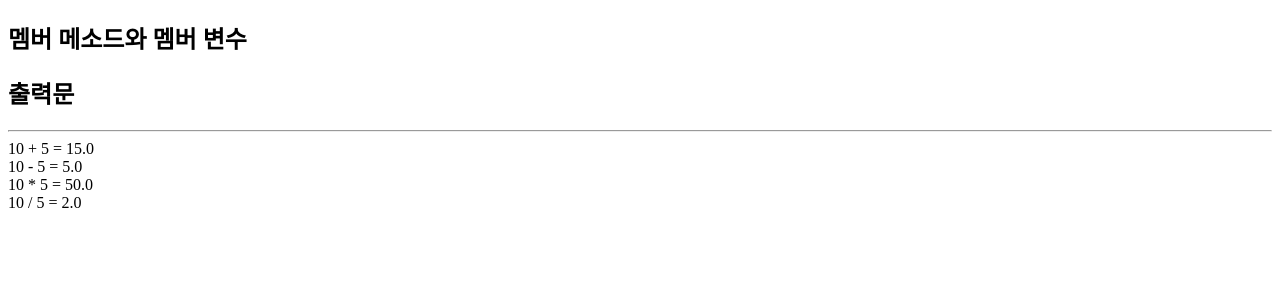
Repository: kkj68106810-dot/jsp2026
Page: http://localhost/chapter01/test04.jsp
The author's editor kept a copy of each file at every save. The page is drawn from the files as they stood at one save, then again after the next save.
The browser window is 1280 px wide. The pictures show the whole page.
The page is served by Tomcat 9.

Above is the page before, as saved 2026-10-16 03:04:52.

### chapter01/src/main/webapp/test04.jsp
<%@ page language="java" contentType="text/html; charset=UTF-8"
    pageEncoding="UTF-8" import="java.util.*" %>
<!DOCTYPE html>
<html>
<head>
<meta charset="UTF-8">
<title>Insert title here</title>
</head>
<body>
	<!--  선언문 작성하는 방법 -->
	<!-- 선언문을 통해 작성한 메소드, 변수는 멤버메소드, 멤버변수가 된다.  -->
	<%! public void inCremment() {}; %>
	<!-- 아래스크립트는 지역변수  -->
	<%! int i = 0; %>
	<% int i = 0; %>

	<h2>멤버 메소드와 멤버 변수</h2>
	<%!
		String str = "선언 예제";
		public double cal(double num1, double num2, String op) {
			double result = 0.0;
			if(op.equals("+")) {
				result = num1 + num2;
			} else if (op.equals("-")) {
				result = num1 - num2;
			} else if (op.equals("*")) {
				result = num1 * num2;
			} else if (op.equals("/")) {
				result = num1/num2;
			}
			return result;
		}
	%>
	<h2>출력문</h2>
	<hr>
	10 + 5 = <%= cal(10,5, "+") %> <br>
	10 - 5 = <%= cal(10,5, "-") %> <br>
	10 * 5 = <%= cal(10,5, "*") %> <br>
	10 / 5 = <%= cal(10,5, "/") %> <br>
</body>
</html>

After the next save:
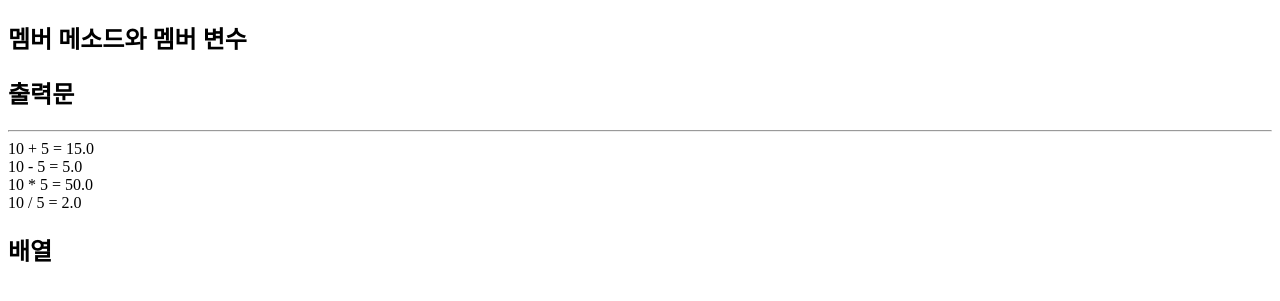
Saved 2 min 53 s later.
--- a/chapter01/src/main/webapp/test04.jsp
+++ b/chapter01/src/main/webapp/test04.jsp
@@ -37,5 +37,12 @@
 	10 - 5 = <%= cal(10,5, "-") %> <br>
 	10 * 5 = <%= cal(10,5, "*") %> <br>
 	10 / 5 = <%= cal(10,5, "/") %> <br>
+
+	<!--  배열  -->
+	<h2>배열</h2>
+	<%
+		String arr[] = {"java","HTML","CSS","Javascript"};
+	%>
+
 </body>
 </html>
